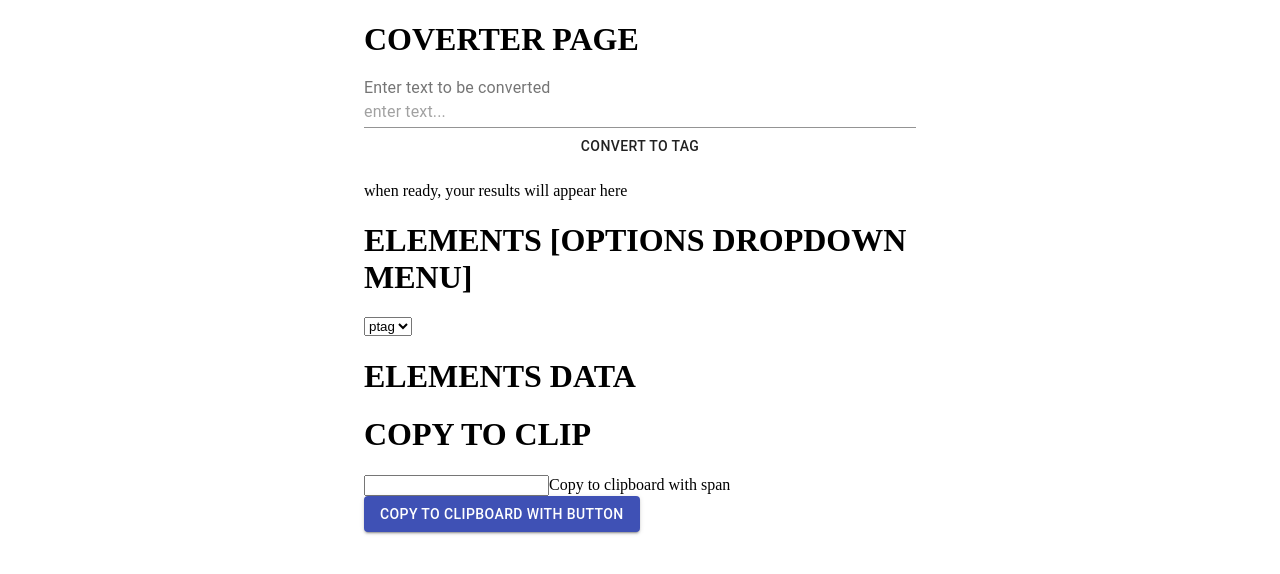
Repository: DevLuDaley/element-generator
Page: /
The author's editor kept a copy of each file at every save. The page is drawn from the files as they stood at one save, then again after a run of saves.
The browser window is 1280 px wide. The pictures show the whole page.
The project was rebuilt for these pictures with package versions that can differ from the ones it lists, and the page was loaded fresh each time. Also part of the build but not shown: webpack.config.js.

Above is the page before, as saved 2020-12-23 18:46:56.

### public/index.html
<!-- ! index.html -->
<!DOCTYPE html>
<html lang="en">
<head>
    <meta charset="UTF-8">

    <meta  name="viewport"
  content="minimum-scale=1, initial-scale=1, width=device-width">
  <link rel="stylesheet" href="https://fonts.googleapis.com/icon?family=Material+Icons" />
    <title>React Element Generator</title>
</head>
<body>
    <div id="root"></div>
    <noscript>
        Please enable Javascript to view this site.
    </noscript>
    <script src="../dist/bundle.js"></script>
</body>
</html>

### src/index.js

import { render } from 'react-dom'
import React from 'react';
import ReactDOM from 'react-dom';
import { Provider } from 'react-redux'
import { BrowserRouter as Router } from 'react-router-dom';
// import reportWebVitals from './reportWebVitals';

import configureStore from './store/configureStore';
import App from './App';

const store = configureStore()

// render(
ReactDOM.render(
  <Provider store={store}>
    <Router>
        <React.StrictMode>
            <App/>
        </React.StrictMode>
    </Router>
  </Provider>,
  document.getElementById('root')
);

// if (module.hot) {
//    module.hot.accept('../dist/print.js', function() {
//      console.log('GREAT JOB LU!');
//      printMe();
//    })
//  }

// If you want to start measuring performance in your app, pass a function
// to log results (for example: reportWebVitals(console.log))
// or send to an analytics endpoint. Learn more: https://bit.ly/CRA-vitals
// reportWebVitals();

### src/store/configureStore.js
// import { createStore, applyMiddleware, compose, combineReducers } from 'redux'
import thunk from 'redux-thunk'

import { applyMiddleware, compose, createStore } from 'redux'
import thunkMiddleware from 'redux-thunk'
import { composeWithDevTools } from 'redux-devtools-extension'
// import mealsReducer from './mealsReducer'
import monitorReducersEnhancer from '../enhancers/monitorReducer'
import loggerMiddleware from '../middleware/logger'
import rootReducer from '../reducers/reducer'

export default function configureStore(preloadedState) {
  const middlewares = [loggerMiddleware, thunkMiddleware]
//   const middlewares = [loggerMiddleware, thunk]
  const middlewareEnhancer = applyMiddleware(...middlewares)

  const enhancers = [middlewareEnhancer, monitorReducersEnhancer]
//   const composedEnhancers = compose(...enhancers)
  const composedEnhancers = composeWithDevTools(...enhancers)

  const store = createStore(rootReducer, preloadedState, composedEnhancers)

  if (process.env.NODE_ENV !== 'production' && module.hot) {
    module.hot.accept('../reducers/reducer', () => store.replaceReducer(rootReducer))
  }

  return store
}

### src/App.js
import React, { Fragment} from 'react'
import '../public/App.css'
import MainContainer from './containers/MainContainer'

const App = () => {
    return (
            <Fragment>
                <section className="App">
                </section>
                <MainContainer/>
            </Fragment>
           );
}
export default App;

### src/reducers/reducer.js
import { combineReducers } from 'redux';
import converterReducer from './converterReducer'

const rootReducer = combineReducers({
  converterReducer
})

export default rootReducer

### src/containers/MainContainer.js
import React from 'react'
import ConverterPage from '../components/ConverterPage'
const MainContainer = () => {
    return (
        <div>
            <ConverterPage/>
        </div>
    )
}

export default MainContainer

### src/reducers/converterReducer.js
const intialState = {elements: []}

export default function loadRecipesReducer(state = intialState, action) {
// debugger
    switch (action.type) {
        case 'LOAD_ELEMENT':
            // const baseQuery = action.payload["results"][0]
            const baseQuery = action.payload
        // console.log('🚀 ~ line 11 ~ recipesReducer ~ baseQuery', baseQuery);

            return {elements: baseQuery}

        // case 'ADD_ELEMENT':
        //     let newRecipe = action.payload
        //     return {...state.loadRecipes, loadRecipes: state.recipes.concat(newRecipe)}

        default:
            // return {...state}
            return state
    }

}

### src/components/ConverterPage.js
import React, { Fragment, useState, useEffect }from 'react'
import Elements from '../components/Elements'
import ElementsData from './ElementsData'
import elementsArray from './ElementsData'
import {CopyToClipboard} from 'react-copy-to-clipboard';
// import Button from '@material-ui/core/Button';
// import Box from '@material-ui/core/Box';
// import Container from '@material-ui/core/Container';
// import Grid from '@material-ui/core/Grid';
// import { Input } from '@material-ui/core/';
// import { Checkbox } from '@material-ui/core/';
import { Grid, Container, Box, FormControl, FormGroup, Modal, Input, InputLabel, Button, Checkbox } from '@material-ui/core';
// import  from '@material-ui/core/InputLabel';


import CopyToClip from './CopyToClip'
// import PropTypes from 'prop-types'
// import {setState} from re
// var [name, setName] = useState()
// useEffect(() => {
        //         setState(props.meals);
        //     }, [props.meals]);
    const ConverterPage = () => {
    // var [name, setName] = useState("")
    // var [confirmed, setConfirmed] = useState(false)
    // // const [] = setState([])
    // const handleSubmit = (e) => {
    //     e.preventDefault();
    //     console.log('🚀 ~ file: ConverterPage.js ~ line 8 ~ onSubmit', name)

    var [name, setName] = useState("")
    var [confirmed, setConfirmed] = useState(false)
    const [type, setType] = useState('')
    const [value, setValue] = useState('')
    const [copied, setCopied] = useState(false)
    // const [] = setState([])
    const handleSubmit = (e) => {
        e.preventDefault();
        setConfirmed(true)
        console.log('🚀 ~ file: ConverterPage.js ~ line 8 ~ onSubmit', "CLICKED")
    }
    return (
        <Fragment>
        <Container maxWidth="sm">
            <h1>COVERTER PAGE</h1>
            {/* <Box component="span" m={1} color="text.primary"> */}
            {/* <Box color="text.primary" clone></Box> */}
        <div>
            <FormGroup id='convert-to-element-form' onSubmit={handleSubmit}>

                {/* <Checkbox type="text" name="pTag"
                // onClick={e => setName(e.target.value)}
                onClick={e => console.log(e.target)}

                /> */}

              <InputLabel> Enter text to be converted </InputLabel>
                <Input type="text" placeholder='enter text...' value={name} name="name" onChange={e => setName(e.target.value)}/>

                <Button onClick={handleSubmit} type="submit" variant="raised" color="primary">
                        Convert to Tag
                </Button>
              </FormGroup>

              {/* <Button variant="contained"
              color="primary"
              onClick={(e) => {console.log("value of e.target => ", e.target)}}
                            type="copy"> Copy Text to clipboard
              </Button> */}
              <br>
              </br>
              { confirmed ?
                    <section name={name}>
                    &lt;option&gt;
                    <br></br>
                    { name }
                    <br></br>
                    &lt;/option&gt;
                    </section>
                    :
                    <Box color="primary">

                    when ready, your results will appear here
                    </Box>
                           }
        </div>
        {/* </Box> */}
        <Elements/>
        <ElementsData/>
        <CopyToClip/>
        {/* </Box> */}
        </Container>
        </Fragment>
    )
}


// const mapStateToProps = state => {
//     // console.log('state.loadRecipesReducer 1', state.loadRecipesReducer);
//     // console.log('state.loadRecipesReducer.loadedRecipes 2', state.loadRecipesReducer.loadedRecipes);
//     // const loadResults = state.loadRecipesReducer.loadedRecipes

//     // loadResults.map(load => load.title)
//     return(
//         {
//             // meals: state.loadRecipesReducer.meals,
//             name: state.name
//         }
//     )
// }

export default ConverterPage

### src/components/Elements.js
import React, {Fragment} from 'react'

const Elements = () => {
    const p = "&lt;"
    var pTags// = `&lt;/p&gt;`

    return (<Fragment>
    <h1>ELEMENTS [OPTIONS DROPDOWN MENU]</h1>

<select>
<option
    value="&lt;p&gt; &lt;/p&gt;"
>ptag
</option>

<option
value="&lt;H1&gt; &lt;/H1&gt;"
>H1
</option>

<option
value="&lt;H2&gt; &lt;/H2&gt;"
>H2
</option>

    &lt;H1&gt;
    &lt;/H1&gt;

    &lt;H2&gt;
    &lt;/H2&gt;

    &lt;H3&gt;
    &lt;/H3&gt;

    &lt;H4&gt;
    &lt;/H4&gt;

    &lt;H5&gt;
    &lt;/H5&gt;

    &lt;H6&gt;
    &lt;/H6&gt;
</select>

    {/* {p} */}

    </Fragment>)
}
export default Elements;

### src/components/ElementsData.js
import React, {Fragment, useState} from 'react'
// &lt;
// &gt;
const ElementData = () => {
const elementsArray =
[
// "&lt;abbr>&lt;/abbr&gt;",
{div: "<div> </div>"},
{span: "<span> </span>"},
{html: "<html> </html>"},
{head: "<head> </head>"},
{body: "<body> </body>"},
{ul: "<ul> </ul>"},
{ol: "<ol> </ol>"},
{lh: "<lh> </lh>"},
{li: "<li> </li>"},
{table: "<table> </table>"},

{title: "<title> </title>"},
{thead: "<thead> </thead>"},

{tbody: "<tbody> </tbody>"},
{tr: "<tr> </tr>"},
{th: "<th> </th>"},
{pre: "<pre> </pre>"},
{p: "<p> </p>"},
{nav: "<nav> </nav>"},
{main: "<main> </main>"},
{header: "<header> </header>"},
{h1: "<h1> </h1>"},
{h2: "<h2> </h2>"},
{h3: "<h3> </h3>"},
{h4: "<h4> </h4>"},
{h5: "<h5> </h5>"},
{h6: "<h6> </h6>"},
{footer: "<footer> </footer>"},
{i: "<i> </i>"},
{b: "<b> </b>"},
{u: "<u> </u>"},
{q: "<q> </q>"}
]

// const wordSplit = elementsArray[1].split(" ")
const wordSplit = elementsArray //.split(" ")
// const [startTag, endTag] =  wordSplit
console.log("wordSplit", wordSplit)
console.log("wordSplit[0]", wordSplit[0]["div"])
return (
    <Fragment>
    <h1>ELEMENTS DATA</h1>
        {/* {elementsArray[1]} */}
        {/* {wordSplit[0]} text that needs to be divd
        {" " + wordSplit[1]} */}
        {/* {wordSplit} */}
        {/* {startTag + " "}
        things
        {" " + endTag} */}
    </Fragment>  );
}
export default ElementData;

### src/components/CopyToClip.js
import React, { Fragment, Component, useState, useEffect }from 'react'
import Elements from './Elements'
import ElementsData from './ElementsData'
import {CopyToClipboard} from 'react-copy-to-clipboard';
import Button from '@material-ui/core/Button';


    class CopyToClip extends Component {
        constructor(props) {
            super(props);
            this.state = {
                name: "",
                confirmed:false,
                value:'',
                copied: false
              }
        }
        handleSubmit = (e) => {
        e.preventDefault();
        // setConfirmed(true)
        // console.log('🚀 ~ file: ConverterPage.js ~ line 8 ~ onSubmit', name)
    }
        render() {
            return(
    // const [] = setState([])
    <Fragment>
    <h1>COPY TO CLIP</h1>
            <div>
        <input value={this.state.value}
          onChange={({target: {value}}) => this.setState({value, copied: false})} />

        <CopyToClipboard text={this.state.value}
          onCopy={() => this.setState({copied: true})}>
          <span>Copy to clipboard with span</span>
        </CopyToClipboard>

        <CopyToClipboard text={this.state.value}
          onCopy={() => this.setState({copied: true})}>
          <Button variant="contained" color="primary">Copy to clipboard with button</Button>
        </CopyToClipboard>

        {this.state.copied ? <span style={{color: 'red'}}>Copied.</span> : null}
            </div>
        </Fragment>


        )
    }
}


// const mapStateToProps = state => {
//     // console.log('state.loadRecipesReducer 1', state.loadRecipesReducer);
//     // console.log('state.loadRecipesReducer.loadedRecipes 2', state.loadRecipesReducer.loadedRecipes);
//     // const loadResults = state.loadRecipesReducer.loadedRecipes

//     // loadResults.map(load => load.title)
//     return(
//         {
//             // meals: state.loadRecipesReducer.meals,
//             name: state.name
//         }
//     )
// }
export default CopyToClip

Loaded but not shown: src/enhancers/monitorReducer.js (common file); src/middleware/logger.js (common file); public/App.css (common file)

After the next 5 saves:
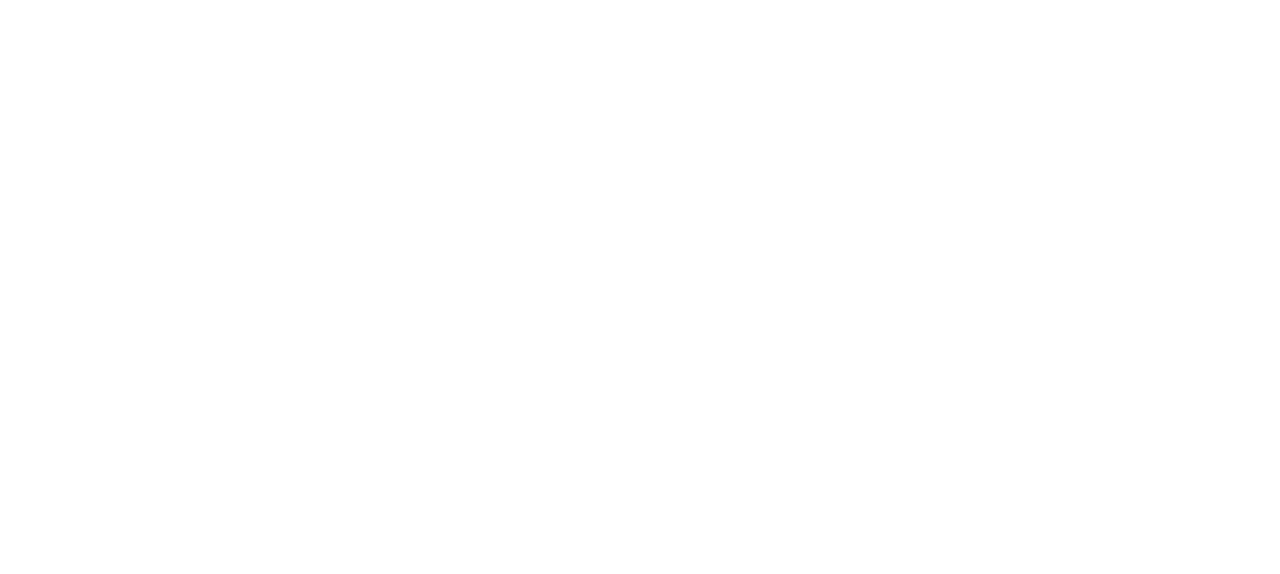
Console error: TypeError: ElementsData_default.map is not a function
The 5 saves are shown as one change because 4 did not build or start.
The last was saved 5 min 21 s later.
--- a/src/components/ConverterPage.js
+++ b/src/components/ConverterPage.js
@@ -9,7 +9,7 @@
 // import Grid from '@material-ui/core/Grid';
 // import { Input } from '@material-ui/core/';
 // import { Checkbox } from '@material-ui/core/';
-import { Grid, Container, Box, FormControl, FormGroup, Modal, Input, InputLabel, Button, Checkbox } from '@material-ui/core';
+import { Grid, Container, Box, FormControl, FormGroup, Modal, Input, InputLabel, Button, Checkbox, Select, MenuItem } from '@material-ui/core';
 // import  from '@material-ui/core/InputLabel';
 
 
@@ -47,6 +47,8 @@
             {/* <Box color="text.primary" clone></Box> */}
         <div>
             <FormGroup id='convert-to-element-form' onSubmit={handleSubmit}>
+            {elementsArray ? elementsArray.map(ele => ele): null}
+
 
                 {/* <Checkbox type="text" name="pTag"
                 // onClick={e => setName(e.target.value)}

After the 2 saves that followed:
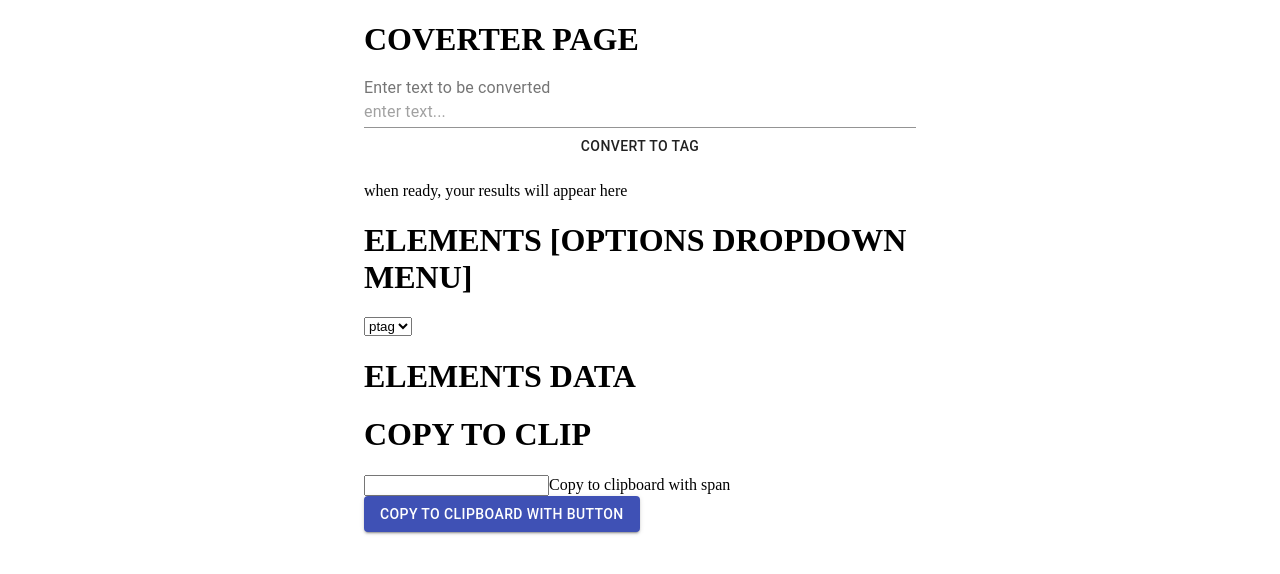
The error is gone.
The 2 saves are shown as one change because 1 left the picture as it was.
The last was saved 39 s later.
--- a/src/components/ConverterPage.js
+++ b/src/components/ConverterPage.js
@@ -47,7 +47,8 @@
             {/* <Box color="text.primary" clone></Box> */}
         <div>
             <FormGroup id='convert-to-element-form' onSubmit={handleSubmit}>
-            {elementsArray ? elementsArray.map(ele => ele): null}
+            {/* {elementsArray ? elementsArray.map(ele => ele): null} */}
+
 
 
                 {/* <Checkbox type="text" name="pTag"
